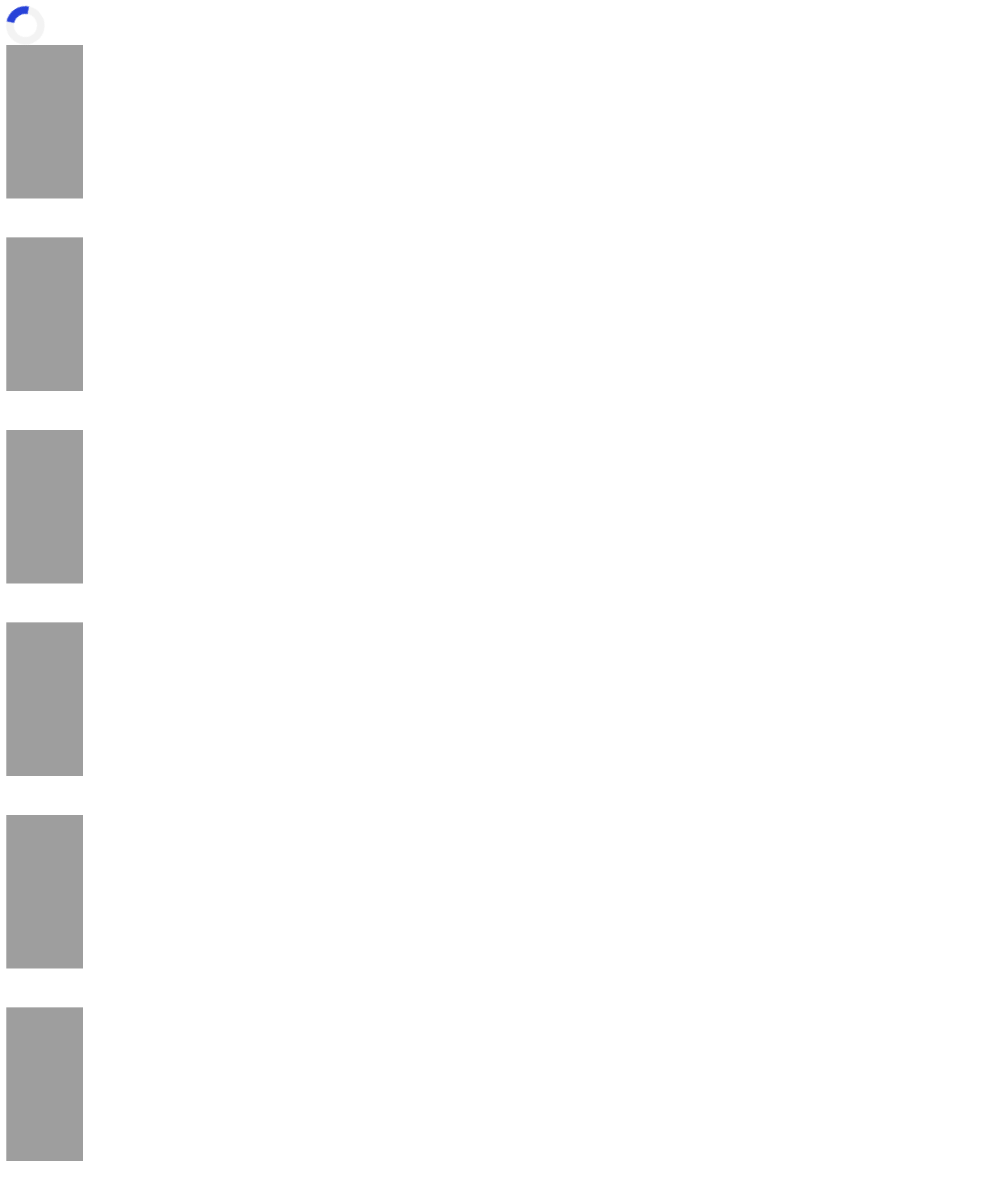
Repository: 1166544/c-toural
Page: packages/test.html
An editor plug-in stored every save of this project. The page is shown before and after a run of saves, followed by the edit.
The browser window is 1280 px wide. The pictures show the whole page, at 77% of full size.
Pictures or frames that could not be fetched are drawn as grey boxes.

Above is the page before, as saved 2021-01-04 11:26:34.

### packages/test.html
<!DOCTYPE html>

<head>
    <meta charset="UTF-8">
    <title>xxds</title>
    <style>
        .image-item {
            display: block;
            margin-bottom: 50px;
            height: 200px;
            width: 100px;
        }
        .rotate-animate {
            border: 10px solid #f3f3f3;
            border-radius: 50%;
            border-top: 10px solid #2842d8;
            width: 30px;
            height: 30px;
            animation: rotate 3s linear infinite;
        }
        .rotate-animate .fill-color {
            margin-left: 20px;
            border-color: #2842d8 #d1b516 #cf4928 #27c965;
        }
        @keyframes rotate {
            0% {
                transform: rotate(0deg);
            }
            100% {
                transform: rotate(360deg);
            }
        }
    </style>
</head>

<body>
    <div class="rotate-animate"></div>
    <!-- <div class="rotate-animate fill-color"></div> -->
    <img src="" class="image-item" lazyload="true" data-original="https://box.bdimg.com/static/fisp_static/common/img/searchbox/logo_news_276_88_1f9876a.png">
    <img src="" class="image-item" lazyload="true" data-original="https://box.bdimg.com/static/fisp_static/common/img/searchbox/logo_news_276_88_1f9876a.png">
    <img src="" class="image-item" lazyload="true" data-original="https://box.bdimg.com/static/fisp_static/common/img/searchbox/logo_news_276_88_1f9876a.png">
    <img src="" class="image-item" lazyload="true" data-original="https://box.bdimg.com/static/fisp_static/common/img/searchbox/logo_news_276_88_1f9876a.png">
    <img src="" class="image-item" lazyload="true" data-original="https://box.bdimg.com/static/fisp_static/common/img/searchbox/logo_news_276_88_1f9876a.png">
    <img src="" class="image-item" lazyload="true" data-original="https://box.bdimg.com/static/fisp_static/common/img/searchbox/logo_news_276_88_1f9876a.png">
    <script>
        // 获取可视区高度
        var viewHeight = document.documentElement.clientHeight;

        function lazyload() {
            var eles = document.querySelectorAll('img[data-original][lazyload]');
            Array.prototype.forEach.call(eles, function(item, index) {
                var rect;
                if (item.dataset.original) {
                    // 用户获得页面中某个元素左、上、右、下分别相关浏览器视窗的位置
                    rect = item.getBoundingClientRect();

                    if (rect.bottom >= 0 && rect.top < viewHeight) {
                        var img = new Image();
                        img.src = item.dataset.original;
                        img.onload = function() {
                                item.src = img.src;
                            }
                            // 移除属性，下次不再遍历
                        item.removeAttribute('data-original');
                        item.removeAttribute('lazyload');
                    }
                }

            });
        }

        // 开始未滚动时，要先触发一次，初始化首页页面图片
        lazyload();
        document.addEventListener('scroll', lazyload);
    </script>
</body>

</html>

After the next 2 saves:
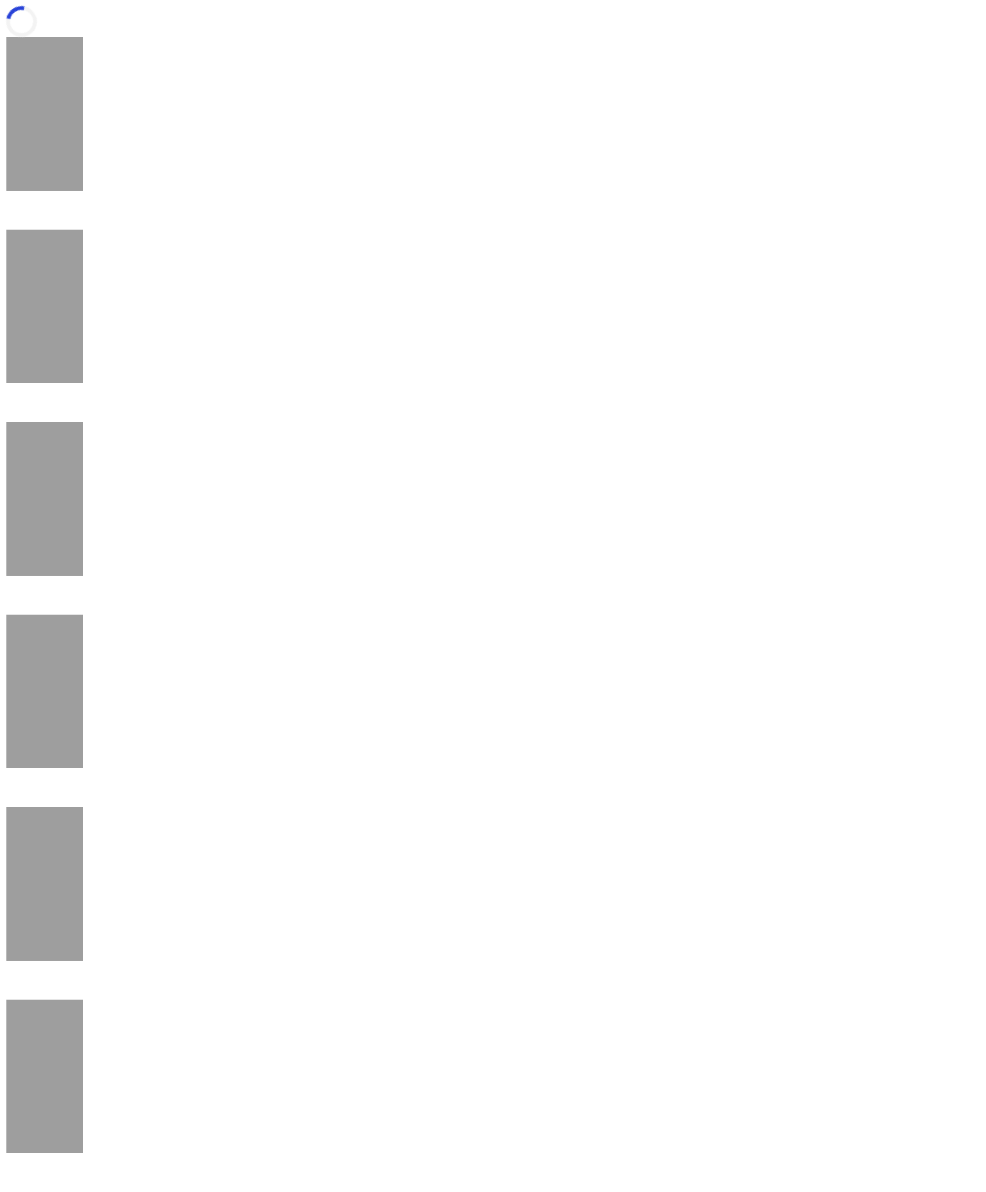
The 2 saves are shown as one change because they came seconds apart.
The last was saved 17 s later.
--- a/packages/test.html
+++ b/packages/test.html
@@ -11,9 +11,9 @@
             width: 100px;
         }
         .rotate-animate {
-            border: 10px solid #f3f3f3;
+            border: 5px solid #f3f3f3;
             border-radius: 50%;
-            border-top: 10px solid #2842d8;
+            border-top: 5px solid #2842d8;
             width: 30px;
             height: 30px;
             animation: rotate 3s linear infinite;
